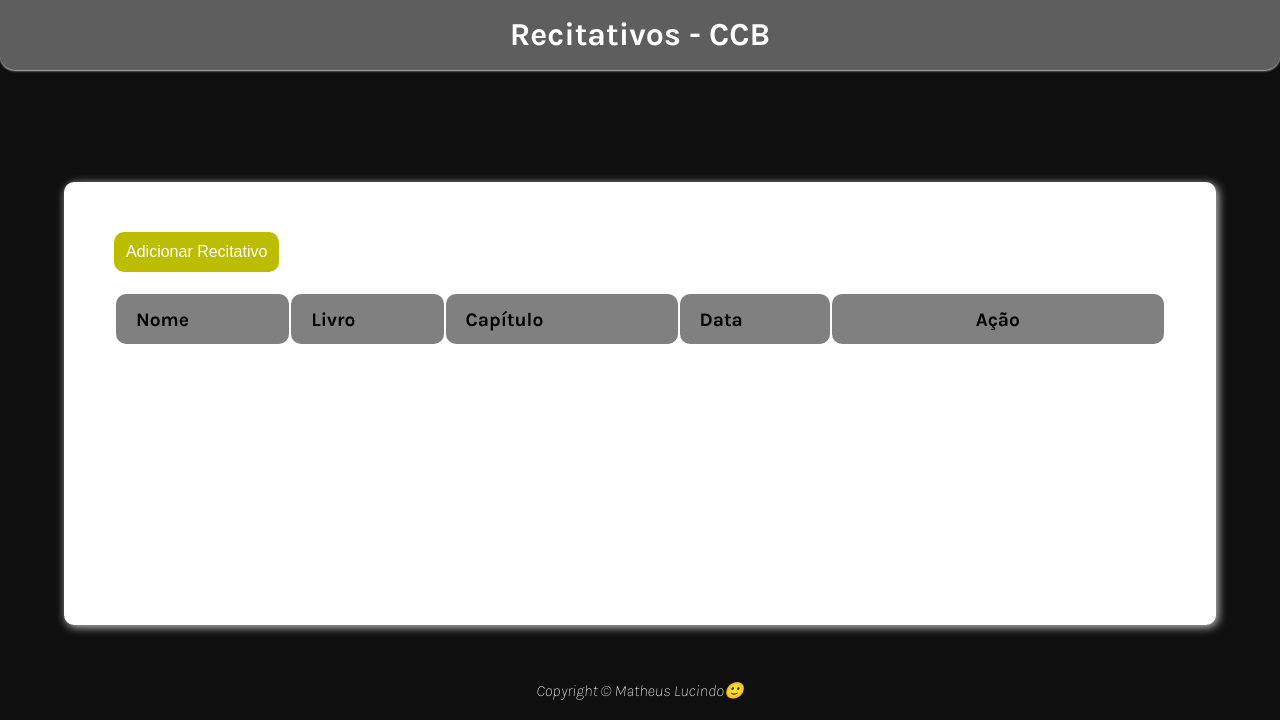
Repository: Matheus904-12/API-da-CCB
Page: index.html
The author's editor kept a copy of each file at every save. The page is drawn from the files as they stood at one save, then again after the next save.
The browser window is 1280 px wide. The pictures show the whole page.

Above is the page before, as saved 2024-01-14 01:56:59.

### index.html
<!DOCTYPE html>
<html lang="pt-BR">

<head>
    <meta charset="UTF-8">
    <meta http-equiv="X-UA-Compatible" content="IE=edge">
    <meta name="viewport" content="width=device-width, initial-scale=1.0">
    <link rel="preconnect" href="https://fonts.gstatic.com">
    <link href="https://fonts.googleapis.com/css2?family=Karla:ital,wght@0,400;0,700;1,200;1,800&display=swap"
        rel="stylesheet">
    <link rel="stylesheet" href="principal.css">
    <link rel="stylesheet" href="botao.css">
    <link rel="stylesheet" href="registros.css">
    <link rel="stylesheet" href="modal.css">
    <link rel="stylesheet" href="chat.css">
    <script src="script.js" defer></script>
    <title>CCB - Central</title>
</head>

<body>
    <header>

        <h1 class="header-title">Recitativos - CCB</h1>
    </header>
    <br>
    <br>
    <br>
    <br>
    <main>
        <button type="button" class="button blue mobile" id="cadastrarCliente">Adicionar Recitativo</button>
        <table id="tableClient" class="records">
            <thead>
                <tr>
                    <th>Nome</th>
                    <th>Livro</th>
                    <th>Capítulo</th>
                    <th>Data</th>
                    <th>Ação</th>
                </tr>
            </thead>
            <tbody>

            </tbody>
        </table>
        <div class="modal" id="modal">
            <div class="modal-content">
                <header class="modal-header">
                    <h2>Recitativo</h2>
                    <span class="modal-close" id="modalClose">&#10006;</span>
                </header>
                <form id="form" class="modal-form">


                    <input type="text" id="nome" data-index="new" class="modal-field" placeholder="Nome"
                        required>

                    <input type="text" id="livro" class="modal-field" placeholder="Livro" required>

                    <input type="number" id="capitulo" class="modal-field" placeholder="Capítulo" required>

                    <input type="number" id="versiculo" class="modal-field" placeholder="Versículo" required>

                    <input type="date" id="data" class="modal-field" placeholder="Data" required>

                    <label for="auxiliar">Auxiliar</label>
                        <select id="auxiliar" class="modal-field">
                            <option value="none">Nenhum</option>
                            <option value="aline">Aline Gomes Santos</option>
                            <option value="alfredo">Alfredo Bruske Schuster</option>
                            <option value="alef">Alef Vinicius</option>
                            <option value="jose">José Victor Zeller Gonçalves</option>
                            <option value="jonas">Jonas Amorim Lopes da Silva</option>
                            <option value="loraine">Loraine de Assis Souza</option>
                            <option value="natalia">Natália de Sena Marques</option>
                        </select>


                </form>
                <footer class="modal-footer">
                    <button id="salvar" class="button green">Salvar</button>
                    <button id="cancelar" class="button blue">Cancelar</button>
                </footer>
            </div>
        </div>
    </main>
    <footer>
        Copyright &copy; Matheus Lucindo🙂
    </footer>
</body>

</html>

### principal.css
*{
    padding: 0;
    margin: 0;
    box-sizing: border-box;
}

:root{
    --primary-color: #5e5e5e;
    --secundary-color: #cfcfcf;
    --shadow-color: #CCC;
    --text-color: #FFF;
}

body{
    min-height: 100vh;
    display: flex;
    flex-direction: column;
    font-family: 'karla', sans-serif;
    position:relative;
    background-color: #0f0f0f;
}

header{
    background-color: var(--primary-color);
    height: 70px;
    text-align: center;
    line-height: 70px;
    box-shadow: 0 1px 2px var(--shadow-color);
    border-radius: 0px 0px 15px 15px;
}

.header-title{
    color: white;
    font-size: 2rem;
}

main{
    flex-grow: 1;
    display: flex;
    flex-direction: column;
    align-items: flex-start;
    width: 90%;
    margin: 5vh auto;
    padding: 50px;
    box-shadow: 2px 2px 10px var(--shadow-color);
    gap: 20px;
    border-radius: 10px;
    background-color: #ffffff;
}

main, th {
}

footer{
    width:100;
    text-align: center;
    font-weight: 200;
    font-style: italic;
    padding: 20px;
    color: white;
}

### botao.css
.button{
    border-style: none;
    height: 40px;
    padding: 6px 12px;
    background-color: black;
    color: white;
    font-size: 1rem;
    cursor: pointer;
    transition: box-shadow .6s ease;
    border-radius: 10px;
}

.button.blue{
    background-color: #bdbd00;
}

button.green{
    background-color: #13CE66;
}

button.red{
    background-color: #FF4949;
}

.button:hover{
    box-shadow: inset 200px 0 0 #00000055;
}

/* Estilização da barra de rolagem */
::-webkit-scrollbar {
    width: 12px; /* Largura da barra de rolagem */
    border-radius: 10px;
}

::-webkit-scrollbar-thumb {
    background-color: #dbc834; /* Cor do polegar da barra de rolagem */
    border-radius: 100px; /* Borda do polegar da barra de rolagem */
}

::-webkit-scrollbar-track {
    display: none;
}

::-webkit-scrollbar-thumb:hover {
    background-color: #bdbd00; /* Cor do polegar da barra de rolagem ao passar o mouse sobre ele */
}

### registros.css
.records{
    width: 100%;
    user-select: none;
    text-align: left;
}

.records th{
    height: 50px;
    background-color:gray;
    padding-left: 20px;
    font-size: 1.2rem;
    border-radius: 10px;
}
.records td{
    height: 50px;
    padding-left: 20px;
    border-radius: 10px;
}

.records th:last-child,
.records td:last-child{
    padding: 0;
    min-width: 140px;
    text-align: center;
}

.records tr:hover{
    background-color: var(--secundary-color);
}

.records tr {
    border-radius: 10px;
}

### modal.css
.modal{
    position: fixed;
    top:0;
    left:0;
    width: 100%;
    height: 100%;
    background: #00000090;
    opacity: 0;
    z-index: -1;
}

.modal.active{
    opacity: 1;
    z-index: 1;
}

.modal-content{
    display: flex;
    flex-direction: column;
    gap:20px;
    width: 50vw;
    margin: 15vh auto;
    padding-bottom: 20px;
    background-color: white;
    box-shadow: 1px 1px 10px black;
    border-radius: 15px;
}

.modal-header{
    display: flex;
    position: relative;
    justify-content: center;
    height: 40px;
    line-height: 40px;
    font-size: 1rem;
    border-radius: 10px;
}

.modal-header, #h2 {
    color: white
}

.modal-close{
    position: absolute;
    right: 0;
    display: block;
    width: 40px;
    height: 40px;
    text-align: center;
    user-select: none;
    cursor: pointer;
    border-radius: 10px;
}

.modal-close:hover{
    background-color: #FF4949;
    color: white;
}

.modal-form{
    display: flex;
    justify-content: space-between;
    flex-wrap: wrap;
    gap: 20px;
    padding: 0 20px;
}

.modal-field{
    width: calc(50% - 10px);
    height: 40px;
    outline-style: none;
    border-style: none;
    box-shadow: 0 0 2px black;
    padding: 0 10px;
    font-size:1rem;
    border-radius: 10px;
}

.modal-field:focus{
    border: 2px solid var(--primary-color);
    box-shadow: 0 0 3px var(--primary-color);
}


.modal-footer{
    background-color: inherit;
    text-align: right;
    padding: 0 20px;
}

### chat.css
@media (max-width: 480px) {
    header {
        position: fixed;
        width: 100%;
        background-color: var(--primary-color);
        z-index: 1000;
    }

    .header-title {
        font-size: 1.5rem;
        color: white;
        padding: 10px;
        text-align: center;
    }

    .button.mobile {
        font-size: 0;
        width: 50px;
        height: 50px;
        border-radius: 50%;
        position: fixed;
        top: 90vh;
        left: 80vw;
        background-color: var(--primary-color);
        border: none;
        display: flex;
        align-items: center;
        justify-content: center;
        z-index: 1001;
    }

    .button.mobile img {
        width: 60%;
        height: 60%;
        filter: invert(1);
    }

    .records th.mobile,
    .records td.mobile {
        display: none;
    }

    .records tr {
        border-radius: 10px;
        display: block;
        margin-bottom: 20px;
        border: 2px solid #ccc;
        background-color: white;
        box-shadow: 0 2px 4px rgba(0, 0, 0, 0.1);
        padding: 0px;
        right: 15px;
    }

    .records td {
        display: flex;
        flex-wrap: wrap;
        justify-content: space-between;
        margin: 10px 0;
        align-items: center;
    }

    .records th:last-child,
    .records td:last-child {
        padding: 0;
        min-width: 140px;
        text-align: center;
        display: none;
        margin: 0 auto;
    }

    .modal {
        top: 100%;
        transition: all 1s ease;
        background-color: rgba(0, 0, 0, 0.5);
        display: flex;
        align-items: center;
        justify-content: center;
    }

    .modal.active {
        top: 0;
    }

    .modal-content {
        margin: 0;
        width: 90%;
        max-width: 400px;
        background-color: white;
        box-shadow: 0 2px 4px rgba(0, 0, 0, 0.1);
        border-radius: 10px;
        padding: 20px;
        position: relative;
    }

    .modal-field {
        width: 100%;
        margin-bottom: 15px;
        padding: 10px;
        border: 1px solid #ccc;
        border-radius: 5px;
        box-sizing: border-box;
    }
}

### script.js
'use strict'

const openModal = () => document.getElementById('modal')
    .classList.add('active')

const closeModal = () => {
    clearFields()
    document.getElementById('modal').classList.remove('active')
}


const getLocalStorage = () => JSON.parse(localStorage.getItem('db_client')) ?? []
const setLocalStorage = (dbClient) => localStorage.setItem("db_client", JSON.stringify(dbClient))

// CRUD - create read update delete
const deleteClient = (index) => {
    const dbClient = readClient()
    dbClient.splice(index, 1)
    setLocalStorage(dbClient)
}

const updateClient = (index, client) => {
    const dbClient = readClient()
    dbClient[index] = client
    setLocalStorage(dbClient)
}

const readClient = () => getLocalStorage()

const createClient = (client) => {
    const dbClient = getLocalStorage()
    dbClient.push (client)
    setLocalStorage(dbClient)
}

const isValidFields = () => {
    return document.getElementById('form').reportValidity()
}

//Interação com o layout

const clearFields = () => {
    const fields = document.querySelectorAll('.modal-field')
    fields.forEach(field => field.value = "")
    document.getElementById('nome').dataset.index = 'new'
    document.querySelector(".modal-header>h2").textContent  = 'Novo Versículo'
}

const saveClient = () => {
    if (isValidFields()) {
        const client = {
            auxiliar: document.getElementById('auxiliar').value,
            nome: document.getElementById('nome').value,
            livro: document.getElementById('livro').value,
            capitulo: document.getElementById('capitulo').value,
            versiculo: document.getElementById('versiculo').value,
            data: document.getElementById('data').value
        }
        const index = document.getElementById('nome').dataset.index;
        if (index == 'new') {
            createClient(client);
            updateTable();
            closeModal();
        } else {
            updateClient(index, client);
            updateTable();
            closeModal();
        }
    }
}

const createRow = (client, index) => {
    const newRow = document.createElement('tr')
    newRow.innerHTML = `

        <td>${client.nome}</td>
        <td>${client.livro}</td>
        <td>${client.capitulo}</td>
        <td>${client.data}</td>
        <td>
            <button type="button" class="button green" id="edit-${index}">Editar</button>
            <button type="button" class="button red" id="delete-${index}" >Excluir</button>
        </td>
    `
    document.querySelector('#tableClient>tbody').appendChild(newRow)
}

const clearTable = () => {
    const rows = document.querySelectorAll('#tableClient>tbody tr')
    rows.forEach(row => row.parentNode.removeChild(row))
}

const updateTable = () => {
    const dbClient = readClient()
    clearTable()
    dbClient.forEach(createRow)
}

const fillFields = (client) => {
    document.getElementById('auxiliar').value = client.auxiliar
    document.getElementById('nome').value = client.nome
    document.getElementById('livro').value = client.livro
    document.getElementById('capitulo').value = client.capitulo
    document.getElementById('versiculo').value = client.versiculo
    document.getElementById('data').value = client.data
    document.getElementById('nome').dataset.index = client.index
}

const editClient = (index) => {
    const client = readClient()[index]
    client.index = index
    fillFields(client)
    document.querySelector(".modal-header>h2").textContent  = `Editando ${client.nome}`
    openModal()
}

const editDelete = (event) => {
    if (event.target.type == 'button') {

        const [action, index] = event.target.id.split('-')

        if (action == 'edit') {
            editClient(index)
        } else {
            const client = readClient()[index]
            const response = confirm(`Deseja realmente excluir o cliente ${client.nome}`)
            if (response) {
                deleteClient(index)
                updateTable()
            }
        }
    }
}

updateTable()

// Eventos
document.getElementById('cadastrarCliente')
    .addEventListener('click', openModal)

document.getElementById('modalClose')
    .addEventListener('click', closeModal)

document.getElementById('salvar')
    .addEventListener('click', saveClient)

document.querySelector('#tableClient>tbody')
    .addEventListener('click', editDelete)

document.getElementById('cancelar')
    .addEventListener('click', closeModal)

After the next save:
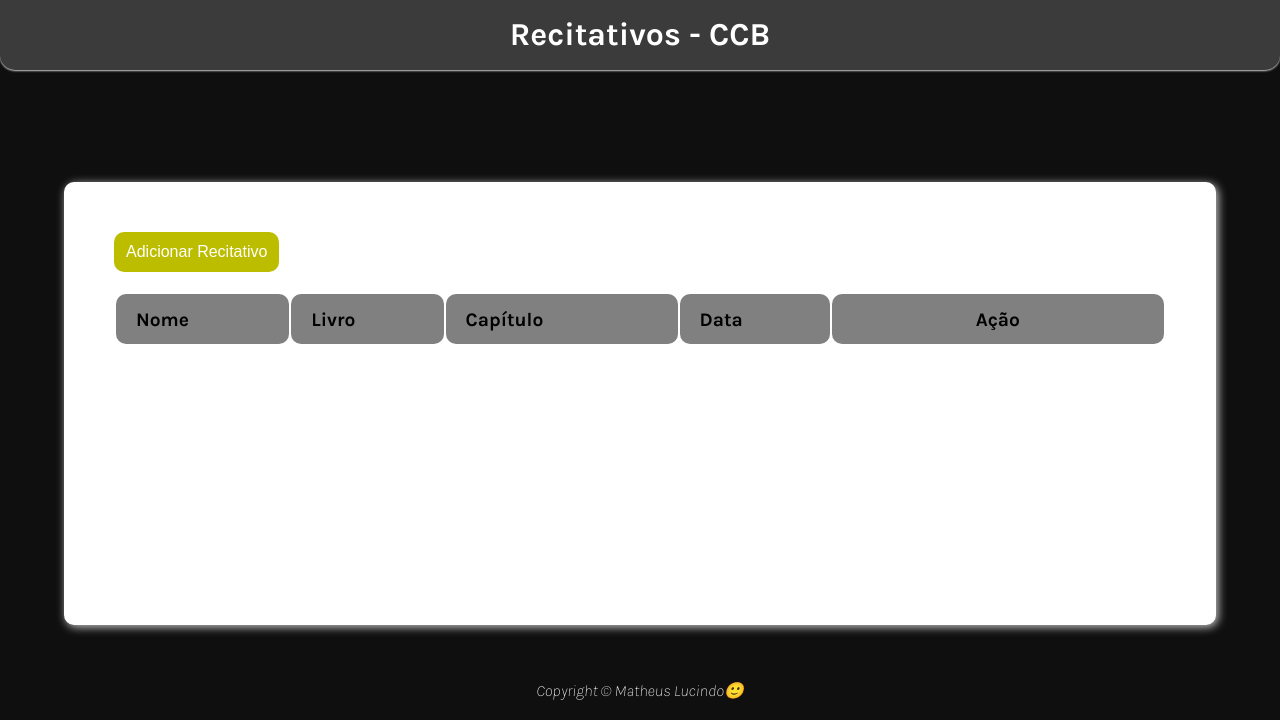
Saved 23 s later.
--- a/principal.css
+++ b/principal.css
@@ -5,7 +5,7 @@
 }
 
 :root{
-    --primary-color: #5e5e5e;
+    --primary-color: #3b3b3b;
     --secundary-color: #cfcfcf;
     --shadow-color: #CCC;
     --text-color: #FFF;
